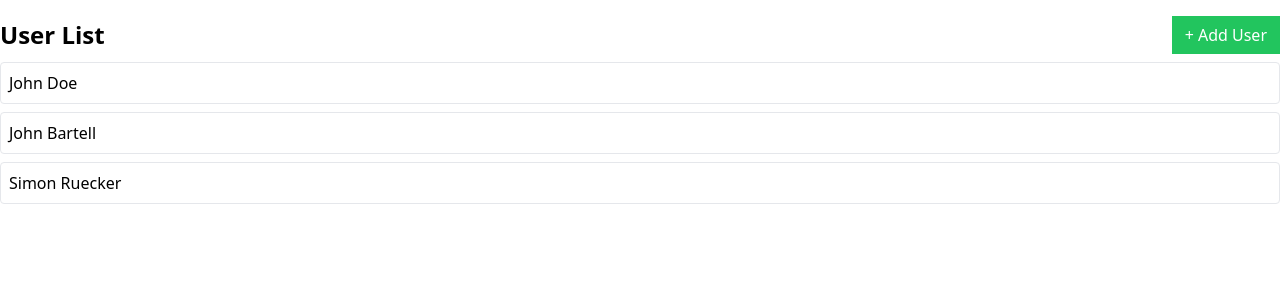
Repository: Marhamat92/users-app-redux-thunk-and-query
Page: /
An editor plug-in stored every save of this project. The page is shown before and after the next save, followed by the edit.
The browser window is 1280 px wide. The pictures show the whole page.
The project was rebuilt for these pictures with package versions that can differ from the ones it lists, and the page was loaded fresh each time. Requests to the local data server were answered from the project's data file.

Above is the page before, as saved 2023-01-30 22:07:36.

### src/index.js
import React from 'react';
import ReactDOM from 'react-dom/client';
import './index.css';
import App from './App';
import { Provider } from 'react-redux';
import { store } from './store';

const root = ReactDOM.createRoot(document.getElementById('root'));
root.render(
  <Provider store={store}>
    <App />
  </Provider>
);

### src/App.js
import UsersList from "./components/UsersList";


function App() {
  return (
    <div className="container mx-auto">
      <UsersList />
    </div>
  );
}

export default App;

### src/store/index.js
import { configureStore } from '@reduxjs/toolkit';
import { usersReducer } from './slices/usersSlice';

export const store = configureStore({
  reducer: {
    users: usersReducer,
  },
});


export * from './thunks/fetchUsers'; //  We are importing this here and exporting it from here so we can use it in App.js
export * from './thunks/addUser'; //  We are importing this here and exporting it from here so we can use it in App.js

### src/components/UsersList.js
import React, { useEffect, useState } from 'react'
import { fetchUsers, addUser } from '../store'
import { useDispatch, useSelector } from 'react-redux'
import Skeleton from './Skeleton'
import Button from './Button'
import { useThunk } from '../hooks/use-thunk'



function UsersList() {
  const dispatch = useDispatch()
  const { data } = useSelector((state) => {
    return state.users;
  });
  // const [isLoadingUsers, setIsLoadingUsers] = useState(false)  //!we removed these two lines because we are using hook useThunk
  // const [loadingUsersError, setLoadingUsersError] = useState(null)
  const [doFetchUsers, isLoadingUsers, loadingUsersError] = useThunk(fetchUsers) //!we are using useThunk hook to get the data from the server
  //! we deleted isLoading and error from destructring because we will use useState instead of isLoading and error which are isLoadingUsers and loadingUsersError
  // const [isAddingUser, setIsAddingUser] = useState(false)
  // const [addingUserError, setAddingUserError] = useState(null)
  const [doAddUser, isAddingUser, addingUserError] = useThunk(addUser) //!we are using useThunk hook to add the data to the server


  useEffect(() => {

    doFetchUsers(); //!we are using doFetchUsers instead of dispatch(fetchUsers()) because we are using useThunk hook
    //when we console log dispatch we see unwrap, so we ca use t to create a promise and then we can use then and catch to show the loading or error accordingly
  }, [doFetchUsers])

  const handleAddUser = () => {
    doAddUser()
  }


  if (isLoadingUsers) {
    return <Skeleton className="h-10 w-full" times={10} />
  }

  if (loadingUsersError) {
    return <div>Error while fetching data..</div>
  }


  const renderedUsers = data.map((user) => {

    return (
      <div>
        <div key={user.id} className='mb-2 mt-2 border rounded'>
          <div className='flex p-2 justify-between items-center cursor-pointer' >{user.name}</div>
        </div>
      </div>
    )


  })


  return (

    <div>
      <div className='flex flex-row justify-between items-center mt-4' >
        <h1 className='text-2xl font-bold' >User List</h1>

        <Button loading={isAddingUser} onClick={handleAddUser} success>
          + Add User
        </Button>
        {addingUserError && <div>Error while adding user</div>}
      </div>
      {renderedUsers}
    </div>
  )
}

export default UsersList

### src/store/slices/usersSlice.js
import { createSlice } from '@reduxjs/toolkit';
import { fetchUsers } from '../thunks/fetchUsers';
import { addUser } from '../thunks/addUser';

const usersSlice = createSlice({
  name: "users",
  initialState: {
    data: [],
    // isLoading: false,
    // error: null,

  },
  reducers: {},// we don't need reducers here because we are not creating a slice, we are creating a slice for fetching users in src/store/thunks/fetchUsers.//js
  extraReducers(builder) {
    builder.addCase(fetchUsers.pending, (state, action) => { state.isLoading = true });
    builder.addCase(fetchUsers.fulfilled, (state, action) => { state.isLoading = false; state.data = action.payload; });
    builder.addCase(fetchUsers.rejected, (state, action) => { state.isLoading = false; state.error = action.payload; });
    builder.addCase(addUser.pending, (state, action) => { state.isLoading = true; })
    builder.addCase(addUser.fulfilled, (state, action) => { state.isLoading = false; state.data.push(action.payload) });
    builder.addCase(addUser.rejected, (state, action) => { state.isLoading = false; state.error = action.error });
  }

});


//pending means that we are waiting for the response from the server
//fulfilled means that we got the response from the server
//rejected means that we got an error from the server

export const usersReducer = usersSlice.reducer;

### src/store/thunks/fetchUsers.js
import { createAsyncThunk } from "@reduxjs/toolkit";  // we use createAsyncThunk instead of createSlice here because we are not creating a slice, we are creating a thunk for fetching users
import axios from "axios";

const fetchUsers = createAsyncThunk('users/fetch', async () => {
  const response = await axios.get('http://localhost:3004/users')

  //!lets add short pause for development test to see if loading works or not (we will remove it later)
  await pause(1000) //! we are using await here because we want to wait for the pause to finish before we return the response.data
  return response.data;
})


//!lets add short pause for development test to see if loading works or not (we will remove it later)
const pause = (duration) => {
  return new Promise((resolve) => {
    setTimeout(
      resolve, duration)
  })
}


// when we create async thunk, fetchUsers.pending, fetchUsers.fulfilled, fetchUsers.rejected are automatically created and we can use them inside extraReducers in src/store/slices/usersSlice.js
//so fetchUsers.pending === 'users/fetch/pending', fetchUsers.fulfilled === 'users/fetch/fulfilled', fetchUsers.rejected === 'users/fetch/rejected'

//pending means that we are waiting for the response from the server
//fulfilled means that we got the response from the server
//rejected means that we got an error from the server

export { fetchUsers };

### src/store/thunks/addUser.js
import { createAsyncThunk } from '@reduxjs/toolkit';
import axios from 'axios';
import { faker } from '@faker-js/faker';

const addUser = createAsyncThunk('users/add', async () => {
  const response = await axios.post('http://localhost:3004/users', {
    name: faker.name.fullName(),
  });

  return response.data;
});

export { addUser };

### src/components/Skeleton.js
import React from 'react'
import classNames from 'classnames'

function Skeleton({ times, className }) {

  const outerClassNames = classNames(
    'relative',
    'overflow-hidden',
    'bg-gray-200',
    'rounded',
    'mb-2.5',
    className
  );
  const innerClassNames = classNames(
    'animate-shimmer',
    'absolute',
    'inset-0',
    '-translate-x-full',
    'bg-gradient-to-r',
    'from-gray-200',
    'via-white',
    'to-gray-200',


  );

  const boxes = Array(times).fill(0).map((_, i) => {
    return (<div key={i} className={outerClassNames}>
      <div className={innerClassNames} />
    </div>)
  });



  return boxes
}

export default Skeleton

### src/components/Button.js
import className from 'classnames';
import { GoSync } from 'react-icons/go'

function Button({
  children,
  primary,
  secondary,
  success,
  warning,
  danger,
  outline,
  rounded,
  loading,
  ...rest
}) {
  const classes = className(
    rest.className,
    'flex items-center px-3 py-1.5 border',
    {
      'border-blue-500 bg-blue-500 text-white': primary,
      'border-gray-900 bg-gray-900 text-white': secondary,
      'border-green-500 bg-green-500 text-white': success,
      'border-yellow-400 bg-yellow-400 text-white': warning,
      'border-red-500 bg-red-500 text-white': danger,
      'rounded-full': rounded,
      'bg-white': outline,
      'text-blue-500': outline && primary,
      'text-gray-900': outline && secondary,
      'text-green-500': outline && success,
      'text-yellow-400': outline && warning,
      'text-red-500': outline && danger,
    }
  );

  return (
    <button {...rest} className={classes}>
      {children}
    </button>
  );
}

Button.propTypes = {
  checkVariationValue: ({ primary, secondary, success, warning, danger }) => {
    const count =
      Number(!!primary) +
      Number(!!secondary) +
      Number(!!warning) +
      Number(!!success) +
      Number(!!danger);

    if (count > 1) {
      return new Error(
        'Only one of primary, secondary, success, warning, danger can be true'
      );
    }
  },
};

export default Button;

### src/hooks/use-thunk.js
import { useState, useCallback } from 'react'
import { useDispatch } from 'react-redux'

export function useThunk(thunk) {
  const [isLoading, setIsLoading] = useState(false);
  const [error, setError] = useState(null);
  const dispatch = useDispatch();

  const runThunk = useCallback(
    (arg) => {
      setIsLoading(true);
      dispatch(thunk(arg))
        .unwrap()
        .catch((err) => setError(err))
        .finally(() => setIsLoading(false));
    },
    [dispatch, thunk]
  );

  return [runThunk, isLoading, error];
}

### tailwind.config.js
/** @type {import('tailwindcss').Config} */
module.exports = {
  content: [
    "./src/**/*.{js,jsx,ts,tsx}",
  ],
  theme: {
    extend: {
      keyframes: {
        shimmer: {
          '100%': { transform: 'translateX(100%)' },
        },
      },
      animation: {
        shimmer: 'shimmer 1.5s infinite',
      },
      colors: {},
      fontFamily: {},
      fontSize: {},
      fontWeight: {},
      height: {},
      inset: {},
      letterSpacing: {},
      lineHeight: {},
      margin: {},
      maxHeight: {},
      maxWidth: {},
      minHeight: {},
      minWidth: {},
      opacity: {},
      padding: {},
      screens: {
        xs: "320px",
        sm: "640px",
        md: "768px",
        lg: "1024px",
        xl: "1280px",
        "2xl": "1536px",

      },
      spacing: {},
      stroke: {},
      strokeWidth: {},
      textColor: {},
      width: {},
      zIndex: {},
    },
  },
  plugins: [],
}

### db.json
{
  "users": [
    {
      "id": 1,
      "name": "John Doe"
    },
    {
      "name": "John Bartell",
      "id": 2
    },
    {
      "name": "Simon Ruecker",
      "id": 3
    }
  ],
  "albums": [],
  "photos": []
}

Loaded but not shown: public/index.html (common file); src/index.css (common file)

After the next save:
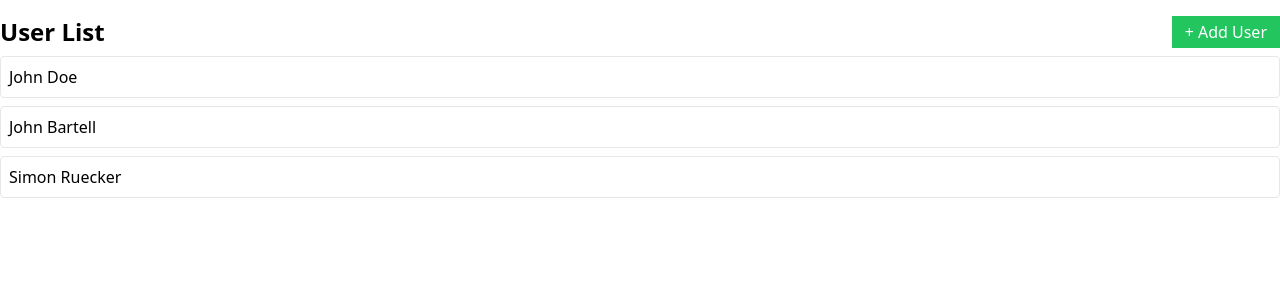
Saved 37 s later.
--- a/src/components/Button.js
+++ b/src/components/Button.js
@@ -15,7 +15,7 @@ function Button({
 }) {
   const classes = className(
     rest.className,
-    'flex items-center px-3 py-1.5 border',
+    'flex items-center px-3 py-1.5 border h-8',
     {
       'border-blue-500 bg-blue-500 text-white': primary,
       'border-gray-900 bg-gray-900 text-white': secondary,
